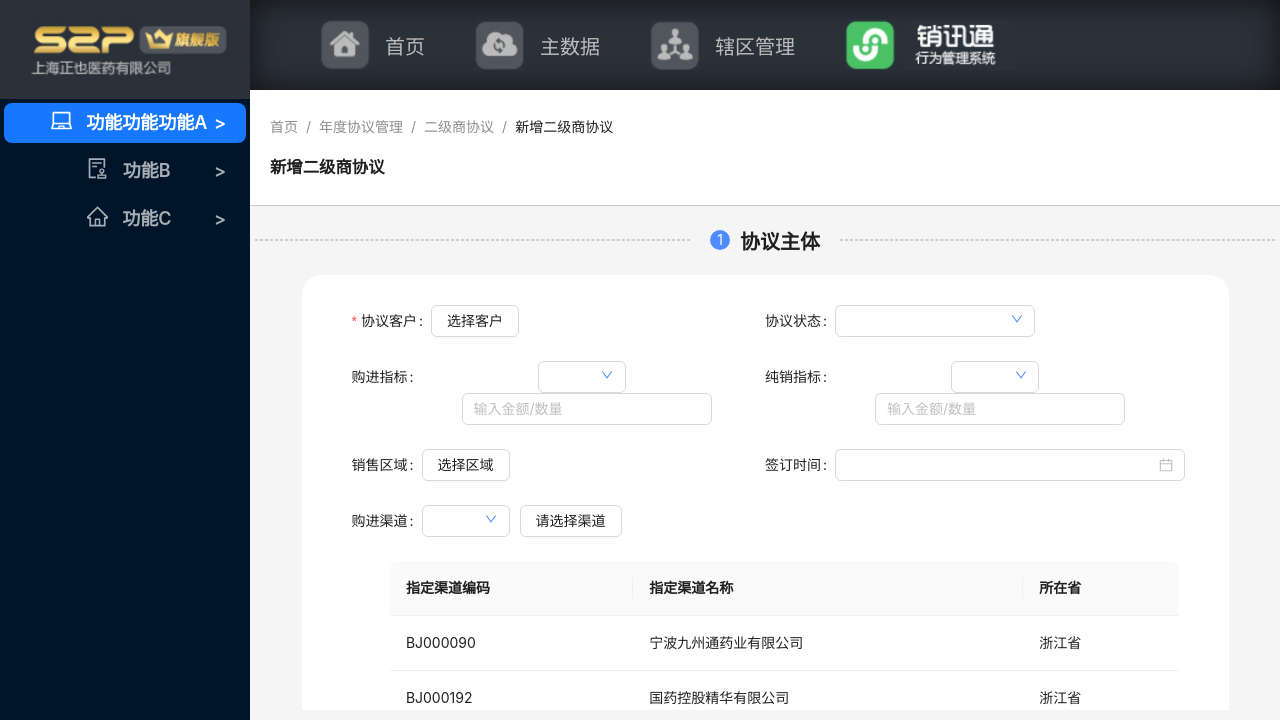
Repository: XiChips/questionB
Page: /
An editor plug-in stored every save of this project. The page is shown before and after the next save, followed by the edit.
The browser window is 1280 px wide. The pictures show the whole page.
An inner scrolling area shows only its first screen. The project was rebuilt for these pictures with package versions that can differ from the ones it lists, and the page was loaded fresh each time. Also part of the build but not shown: vue.config.js.

Above is the page before, as saved 2024-02-28 13:41:38.

After the next save:
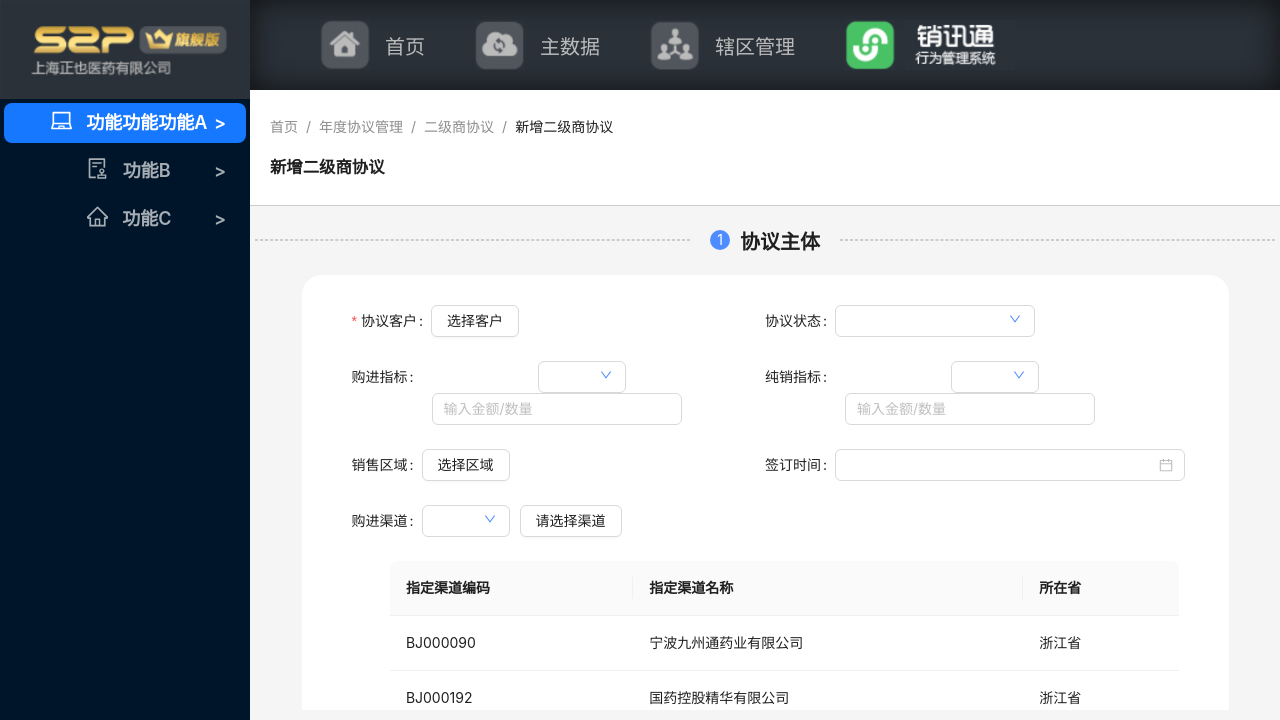
Saved 2 min 10 s later.
--- a/src/assets/css/index.css
+++ b/src/assets/css/index.css
@@ -142,6 +142,7 @@
     width           : 90%;
     margin          : 0 auto;
     padding         : 30px 50px;
+    text-align-last: left;
 }
 
 .line2 {
